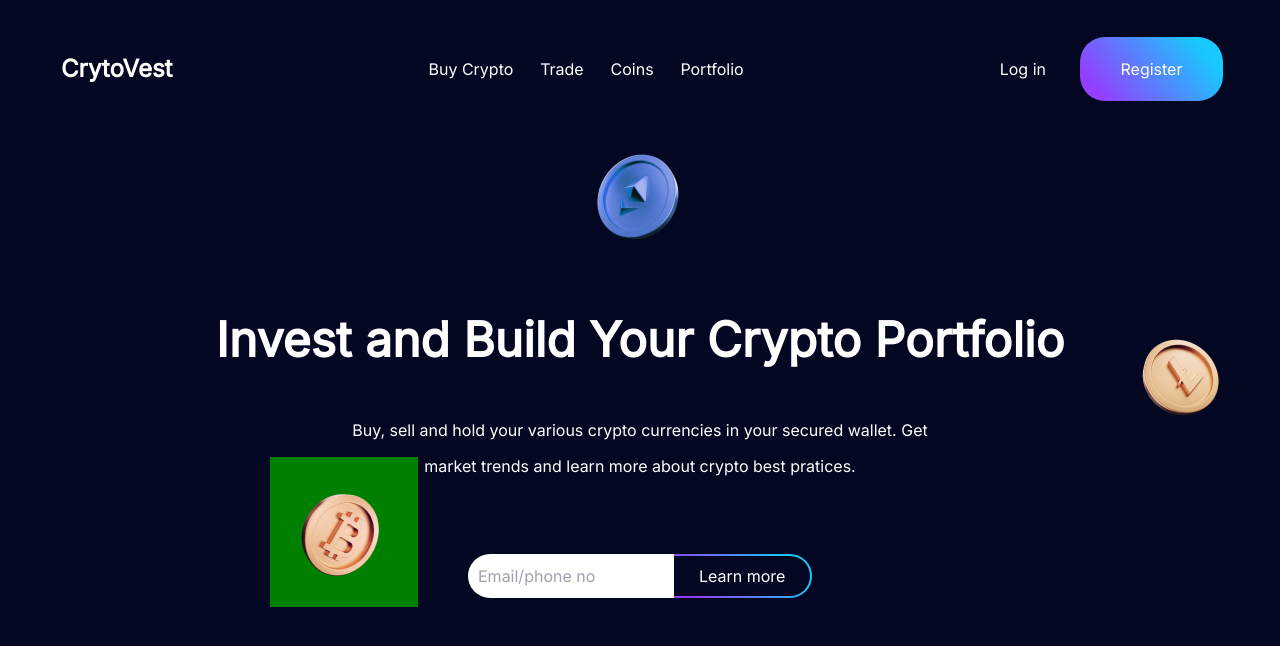
Repository: Eugene44-hub/cryptovest
Page: /
The author's editor kept a copy of each file at every save. The page is drawn from the files as they stood at one save, then again after the next save.
The browser window is 1280 px wide. The pictures show the whole page.
The project was rebuilt for these pictures with package versions that can differ from the ones it lists, and the page was loaded fresh each time. Also part of the build but not shown: vite.config.ts.

Above is the page before, as saved 2022-07-15 23:39:21.

### src/App.tsx
import Home from "./pages/home/Home"

function App() {

  return (
    <div className="App">
      <Home/>

    </div>
  )
}

export default App

### src/index.css
@import url('https://fonts.googleapis.com/css2?family=Inter&display=swap');
@tailwind base;
@tailwind components;
@tailwind utilities;
body {
    margin: 0;
    font-family: 'Inter', sans-serif;
    -webkit-font-smoothing: antialiased;
    -moz-osx-font-smoothing: grayscale;
    padding: 0;
    background-color: rgba(3, 7, 34, 1);
}

code {
    font-family: source-code-pro, Menlo, Monaco, Consolas, 'Courier New', monospace;
}

.container {
    max-width: 1440px;
    margin: 0 auto;
}

### src/pages/home/Home.tsx
import React from 'react'
import Hero from '../../components/hero/Hero'
import Nav from '../../components/nav/Nav'

const Home = () => {
  return (
    <div>
      <Nav/>
      <Hero/>
    </div>
  )
}

export default Home

### src/components/hero/Hero.tsx
import React from 'react'
import etherum from "../../assets/images/hero/EtheriumCoin.png"
import bitcoin from "../../assets/images/hero/Bitcoin.png"
import monero from "../../assets/images/hero/Monero.png"
import liteCoin from "../../assets/images/hero/LiteCoin.png"
import styles from "./Hero.module.scss"
const Hero = () => {
  return (
    <section>
      <article className={`${styles.container} container px-[24px]`}>

        <img src={etherum} className="m-auto w-[20%] md:w-auto mt-[10px]" alt="etherum" />

        <div className='mt-[17px] flex-wrap flex'>

          <div className=' w-full relative'>
          <header className={`${styles.header} text-white text-center`}>
            Invest and Build Your Crypto Portfolio
          </header>
          <figure className='flex w-full bg-blue justify-end md:absolute top-0'>
          <img src={liteCoin} className={"w-[20%] md:w-[auto] md:w-[10%]  "} alt="" />
          </figure>
          </div>

          <div className='w-full relative sm:w-[60%] m-auto md:order-2 md:mt-0 mt-[3px] '>
          <div className='flex md:w-[344px] m-auto rounded-[25px] mt-[3px] overflow-hidden'>
            <input type="text" className='p-[10px] w-[60%]' placeholder='Email/phone no' />
            <div className={`${styles.btnContainer} flex-1 p-[2px]  pl-0`}>
              <button className={` w-full h-full  ${styles.inputBtn}`}>
                Learn more
              </button>
            </div>
          </div>
          <figure className='w-[20%] left-0 bg-[green] top-[-200%] md:absolute'>
            <img src={bitcoin} className="mt-[8px]" alt="bitcoin" />
          </figure>
          </div>



          <div className='text-center w-[90%] lg:mt-[36px] md:mt-[70px] mb-[67px] md:max-w-[626px] mt-[11px] mt-[] leading-[36px] m-auto'>
            <p className="text-white">
            Buy, sell and hold your various crypto currencies in your secured wallet. Get market trends and learn more about crypto best pratices.
            </p>
            {/* <img src={monero} className="mt-[17px] w-[20%] m-auto" alt="monero" /> */}
          </div>
        </div>

      </article>
    </section>
  )
}

export default Hero

### src/components/nav/Nav.tsx
import React from 'react'
import styles from "./Nav.module.scss"
const navItems = ["Buy Crypto", "Trade", "Coins", "Portfolio"]
import { AiOutlineMenu } from "react-icons/ai"

const Nav = () => {
  return (
    <nav className='pt-[37px]'>
      <div className='container  px-[24px] md:pl-[61px] md:pr-[57px] text-white'>
        <div className='flex justify-between items-center'>
          <span className={`font-[700] ${styles.banner}`}>
            CrytoVest
          </span>
          <div className='hidden lg:flex justify-between items-center flex-1'>
            <ul className='flex font-[500] m-auto lg:w-[50%] xl:w-[30%]  justify-between'>
              {navItems.map((item, index) => (<li key={index}>{item}</li>))}
            </ul>
            <div className='font-[500]'>
              <button className='mr-[34px]'>
                Log in
              </button>
              <button className={`${styles.btn} w-[143px]`}>
                Register
              </button>
            </div>
          </div>
          <AiOutlineMenu color="white" size={24} className="font-bold lg:hidden" />
        </div>


      </div>
    </nav>
  )
}

export default Nav

### src/components/hero/Hero.module.scss
@import "../../sass";
.container {
    .header {
        font-weight: 900;
        font-size: 48px;
        @include devices(1200px) {
            font-size: 30px;
        }
        @include devices(768px) {
            font-size: 24px;
        }
    }
    .btnContainer {
        background: $gradient1
    }
    .inputBtn {
        background: $bgColor;
        color: white;
        border-radius: 0px 25px 25px 0px;
    }
}

### src/components/nav/Nav.module.scss
@import "../../sass/index.scss";
.banner {
    font-size: rem(24);
}

.btn {
    @include setBtn($gradient1);
}

### src/sass/index.scss
@import "./config";

### src/sass/config/_index.scss
@import "variables";
@import "utilities";
@import "mixins&funcs";

### src/sass/config/_variables.scss
$gradient1:linear-gradient(231.7deg, #18C8FF 15.39%, #933FFE 87.39%);
$gradient: linear-gradient(180.01deg, rgba(245, 245, 245, 0.53) 0.39%, rgba(205, 96, 188, 0.5) 24.76%, rgba(56, 77, 130, 0.26) 63.89%, rgba(105, 30, 226, 0.03) 92.45%);
$bgColor:rgba(3, 7, 34, 1);
$purple1:rgba(185, 130, 255, 1);
$purple1:rgba(132, 112, 255, 1);
$grey1:rgba(255, 255, 255, 1);

### src/sass/config/_utilities.scss
/*
➡️ 0px -480px -  Smaller Smartphones

➡️ 481px -768px  - Tablets & larger smartphones

➡️ 769px -1279px  -  Laptops, larger tablets
in landscape, and small desktops

➡️ 1280px+ - Larger desktops and monitors
*/

%btn {
    border-radius: 25px;
    padding: 20px 0;
}

### src/sass/config/_mixins&funcs.scss
@use "sass:math";
@function rem($px, $default:16) {
    @return (math.div($px, $default)*1rem);
}

@mixin devices($device) {
    @media screen and (max-width: $device) {
        @content;
    }
}

@mixin setBtn($bgColor) {
    background: $bgColor;
    color: white;
    @extend %btn
}

Loaded but not shown: index.html (common file); src/main.tsx (common file); tailwind.config.js (common file)

After the next save:
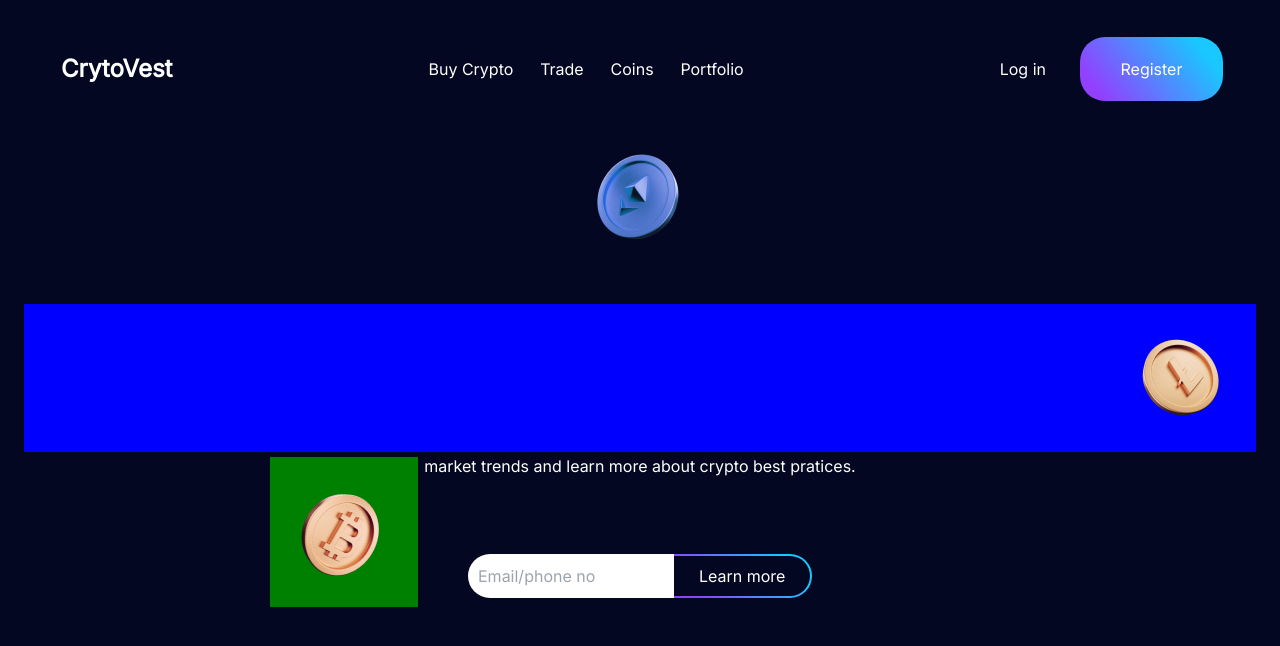
Saved 7 s later.
--- a/src/components/hero/Hero.tsx
+++ b/src/components/hero/Hero.tsx
@@ -17,7 +17,7 @@
           <header className={`${styles.header} text-white text-center`}>
             Invest and Build Your Crypto Portfolio
           </header>
-          <figure className='flex w-full bg-blue justify-end md:absolute top-0'>
+          <figure className='flex w-full bg-[blue] justify-end md:absolute top-0'>
           <img src={liteCoin} className={"w-[20%] md:w-[auto] md:w-[10%]  "} alt="" />
           </figure>
           </div>
